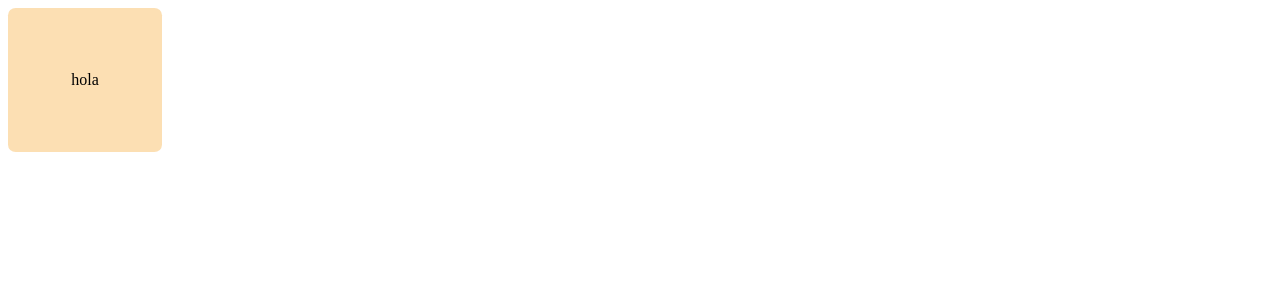
Repository: gabrielardevol/portfolio-react
Page: javascript_domestika/exercici_memory/html.html
An editor plug-in stored every save of this project. The page is shown before and after the next save, followed by the edit.
The browser window is 1280 px wide. The pictures show the whole page.

Above is the page before, as saved 2022-12-20 22:34:20.
Console error: TypeError: Cannot set properties of null (setting 'textContent')

### javascript_domestika/exercici_memory/html.html
<head>
  <meta charset="UTF-8">
  <style>
    .carta {
      border-radius: 5%;
      box-shadow: 1cm;
      padding: 5%;
      background-color: rgb(252, 223, 179);
      text-align: center;
      width: fit-content;
      height: fit-content;
    }
      </style>
</head>
<body>
  <div class = "carta"> hola </div>
  <script src = "js.js"></script>
</body>

### javascript_domestika/exercici_memory/js.js
arrayDeTargetas1 = ["🐷","🥵","🔥","🍆","💦","😛","👀","💋"]
text = document.querySelector("#text")
console.log(arrayDeTargetas1)
text.textContent = "adéu"

After the next save:
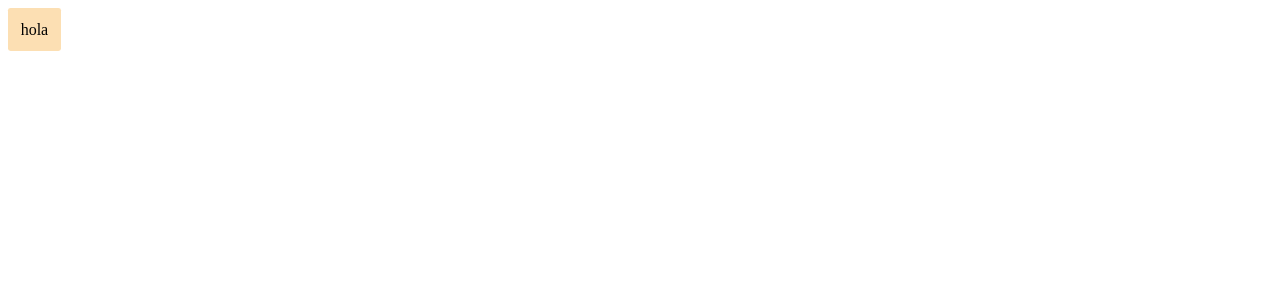
Saved 14 s later.
--- a/javascript_domestika/exercici_memory/html.html
+++ b/javascript_domestika/exercici_memory/html.html
@@ -4,7 +4,7 @@
     .carta {
       border-radius: 5%;
       box-shadow: 1cm;
-      padding: 5%;
+      padding: 1%;
       background-color: rgb(252, 223, 179);
       text-align: center;
       width: fit-content;
